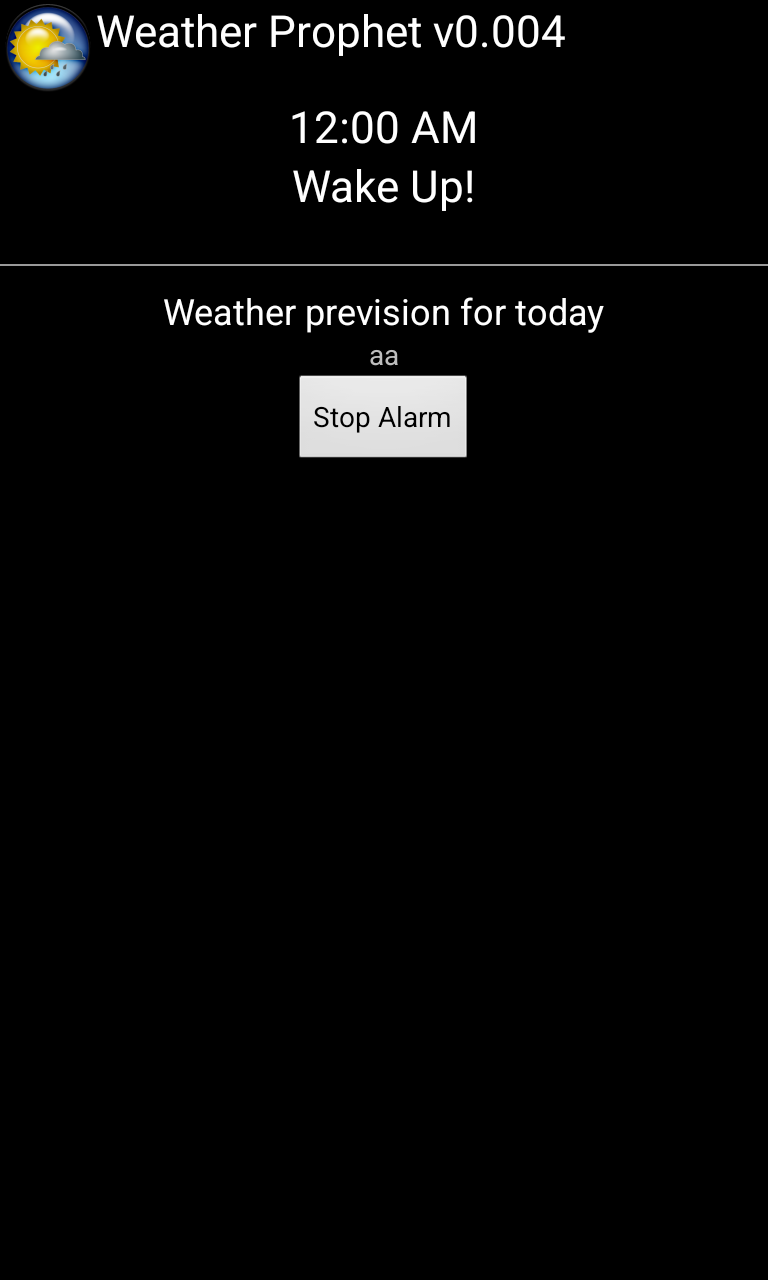
Repository: kaleidos/Weather-Prophet
Layout: android/WeatherProphet/res/layout/showalarm.xml
These files come from the project's save history. The layout is drawn as it stood at one moment and after the next save; the edit follows.
It is drawn on a 768 x 1280 px phone screen (xhdpi) without system bars, with theme android:Theme; the app's code is not run.

Above is the layout before, as saved 2011-12-15 17:01:21.

### android/WeatherProphet/res/layout/showalarm.xml
<?xml version="1.0" encoding="utf-8"?>
<LinearLayout xmlns:android="http://schemas.android.com/apk/res/android"
    android:layout_width="fill_parent"
    android:layout_height="fill_parent"
    android:gravity="center_horizontal"
    android:orientation="vertical" >

    <LinearLayout
        android:layout_width="fill_parent"
        android:layout_height="wrap_content"
        android:gravity="fill_horizontal" >

        <ImageView
            android:id="@+id/imageView1"
            android:layout_width="wrap_content"
            android:layout_height="wrap_content"
            android:src="@drawable/ic_weather_prophet"
            android:textAppearance="?android:attr/textAppearanceMedium" />

        <TextView
            android:layout_width="fill_parent"
            android:layout_height="wrap_content"
            android:text="@string/hello"
            android:textAppearance="?android:attr/textAppearanceLarge" />
    </LinearLayout>

    <DigitalClock
        android:id="@+id/digitalClock1"
        android:layout_width="wrap_content"
        android:layout_height="wrap_content"
        android:text="DigitalClock"
        android:textAppearance="?android:attr/textAppearanceLarge" />

    <TextView
        android:id="@+id/textView1"
        android:layout_width="wrap_content"
        android:layout_height="wrap_content"
        android:text="@string/wake_up"
        android:textAppearance="?android:attr/textAppearanceLarge" />

    <ImageView
        android:id="@+id/imageView1"
        android:layout_width="fill_parent"
        android:layout_height="1dp"
        android:layout_marginBottom="10dp"
        android:layout_marginTop="25dp"
        android:background="#999999" />

    <TextView
        android:id="@+id/textView2"
        android:layout_width="wrap_content"
        android:layout_height="wrap_content"
        android:text="@string/prevision"
        android:textAppearance="?android:attr/textAppearanceMedium" />

    <TextView
        android:id="@+id/textView3"
        android:layout_width="wrap_content"
        android:layout_height="wrap_content"
        android:text="aa"
        android:textAppearance="?android:attr/textAppearanceSmall" />

    <Button
        android:id="@+id/button1"
        android:layout_width="wrap_content"
        android:layout_height="wrap_content"
        android:onClick="stopAlarm"
        android:text="@string/stop_alarm" />

</LinearLayout>

### android/WeatherProphet/res/values/strings.xml
<?xml version="1.0" encoding="utf-8"?>
<resources>

    <string name="hello">Weather Prophet v0.004</string>
    <string name="app_name">WeatherProphet</string>
    <string name="wake_up">Wake Up!</string>
    <string name="stop_alarm">Stop Alarm</string>
    <string name="base_hour">Set your wake up hour</string>
    <string name="time_offset">Set offset</string>
    <string name="minutes">5</string>
    <string name="activate">Activate Wake Up Call</string>
    <string name="save">Save Preferences</string>
    <string name="notification">Show notification icon</string>
    <string name="login">Log In</string>
    <string name="username">User name</string>
    <string name="password">Password</string>
    <string name="submit">Submit</string>
    <string name="rainalarm">Rain Alarm</string>
    <string name="activaterainalarm">Activate Rain Alarm</string>
    <string name="ifrain">If rain probability is higer than</string>
    <string name="wakeme">Wake me earlier</string>
    <string name="morning">Morning</string>
    <string name="evening">Evening</string>
    <string name="night">Night</string>
    <string name="sendmail">Send me an email the day before</string>
    <string name="prevision">Weather prevision for today</string>

</resources>

After the next save:
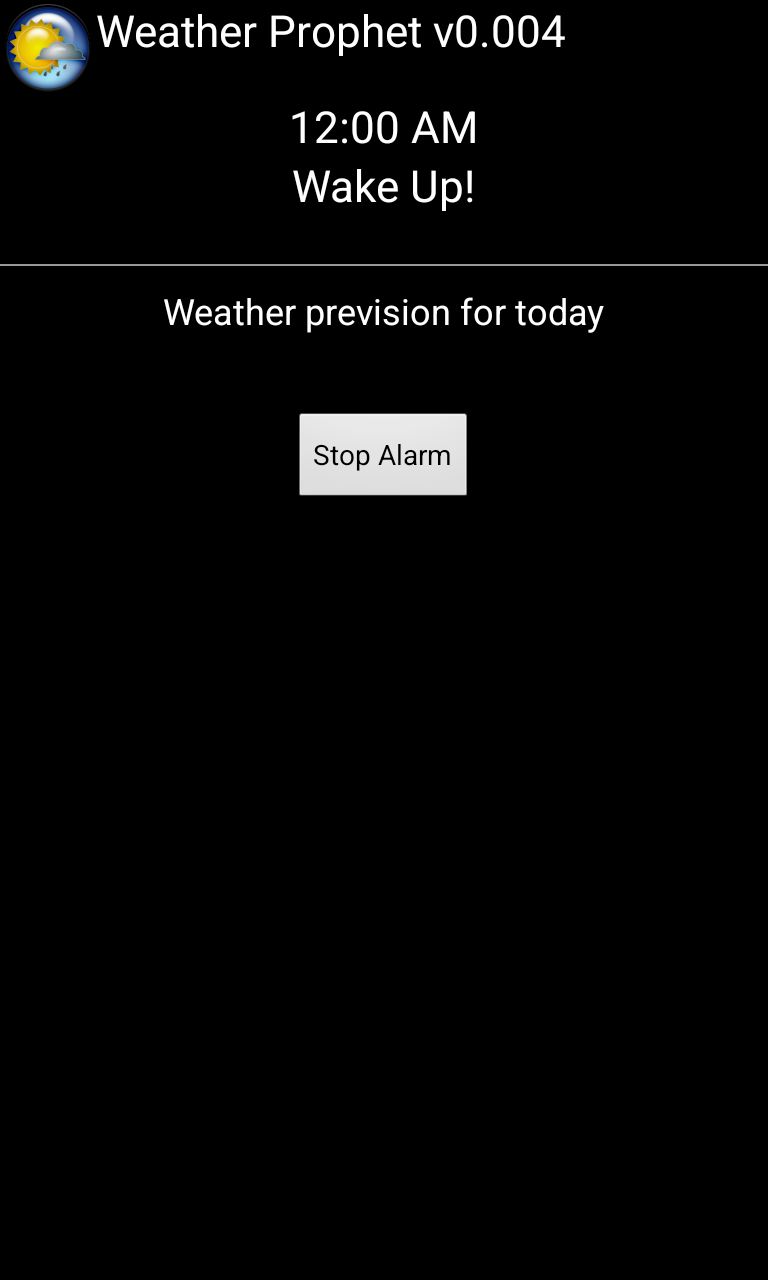
Saved 46 s later.
--- a/android/WeatherProphet/res/layout/showalarm.xml
+++ b/android/WeatherProphet/res/layout/showalarm.xml
@@ -54,10 +54,17 @@
         android:textAppearance="?android:attr/textAppearanceMedium" />
 
     <TextView
-        android:id="@+id/textView3"
+        android:id="@+id/txtPrevisionPretty"
         android:layout_width="wrap_content"
         android:layout_height="wrap_content"
-        android:text="aa"
+        android:text=""
+        android:textAppearance="?android:attr/textAppearanceSmall" />
+
+    <TextView
+        android:id="@+id/txtPrevisionProb"
+        android:layout_width="wrap_content"
+        android:layout_height="wrap_content"
+        android:text=""
         android:textAppearance="?android:attr/textAppearanceSmall" />
 
     <Button
